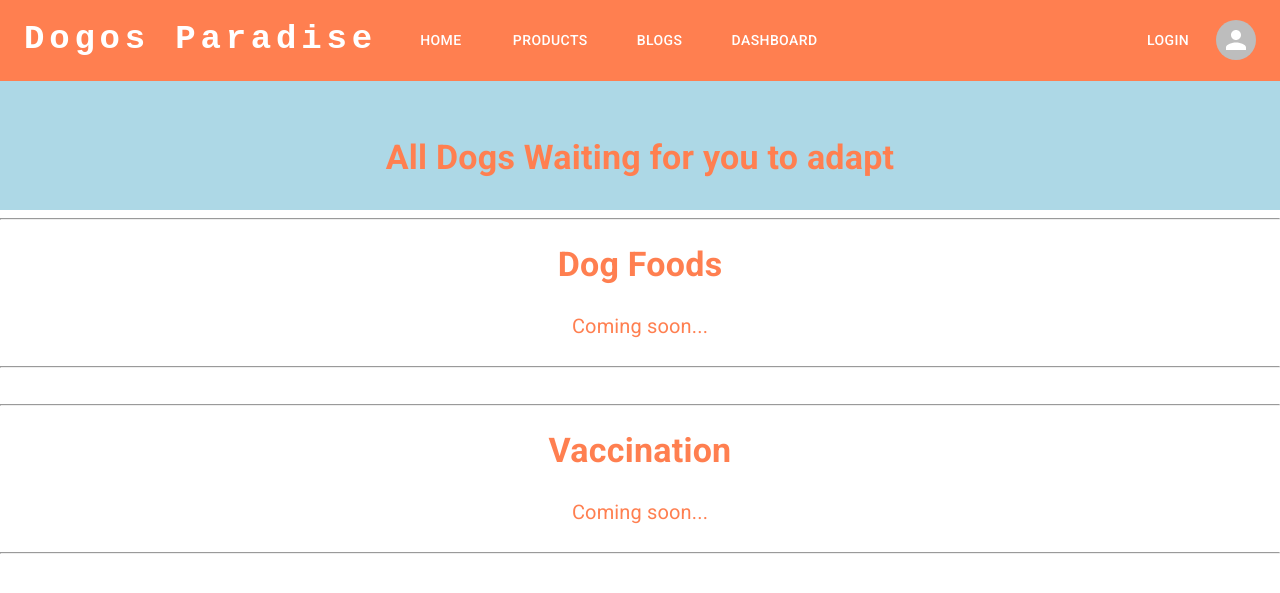
Repository: Sharif-00112/dogos-paradise-client
Page: /products
The author's editor kept a copy of each file at every save. The page is drawn from the files as they stood at one save, then again after the next save.
The browser window is 1280 px wide. The pictures show the whole page.
The page's requests for data from a server got no answer. The project was rebuilt for these pictures with package versions that can differ from the ones it lists, and the page was loaded fresh each time. Some packages were replaced by stand-ins written for this rebuild. No one was signed in, and anything a server would have sent is missing. Also part of the build but not shown: src/Pages/Shared/Footer/Footer.js, src/Pages/Home/About/About.js, src/Pages/Home/Banner/Banner.js, src/Pages/Home/Blogs/Blogs.js, src/Pages/Home/Contact/Contact.js, src/Pages/Home/CustomerReviews/CustomerReviews.js, src/Pages/Home/Dog/Dog.js, src/Pages/Home/Dogs/Dogs.js and 11 more. Imported but missing from the stored project, and not drawn on this page: src/Pages/Dashboard/DashboardHome/DashboardHome, src/hooks/useTitle.

Above is the page before, as saved 2022-12-10 17:05:47.

### public/index.html
<!DOCTYPE html>
<html lang="en">
  <head>
    <meta charset="utf-8" />
    <link rel="icon" href="%PUBLIC_URL%/favicon.ico" />
    <meta name="viewport" content="width=device-width, initial-scale=1" />
    <meta name="theme-color" content="#000000" />
    <meta
      name="description"
      content="Web site created using create-react-app"
    />
    <link
      rel="stylesheet" href="https://fonts.googleapis.com/css?family=Roboto:300,400,500,700&display=swap"
    />

    <link rel="apple-touch-icon" href="%PUBLIC_URL%/logo192.png" />
    <!--
      manifest.json provides metadata used when your web app is installed on a
      user's mobile device or desktop. See https://developers.google.com/web/fundamentals/web-app-manifest/
    -->
    <link rel="manifest" href="%PUBLIC_URL%/manifest.json" />
    <!--
      Notice the use of %PUBLIC_URL% in the tags above.
      It will be replaced with the URL of the `public` folder during the build.
      Only files inside the `public` folder can be referenced from the HTML.

      Unlike "/favicon.ico" or "favicon.ico", "%PUBLIC_URL%/favicon.ico" will
      work correctly both with client-side routing and a non-root public URL.
      Learn how to configure a non-root public URL by running `npm run build`.
    -->
    <title>React App</title>
  </head>
  <body>
    <noscript>You need to enable JavaScript to run this app.</noscript>
    <div id="root"></div>
    <!--
      This HTML file is a template.
      If you open it directly in the browser, you will see an empty page.

      You can add webfonts, meta tags, or analytics to this file.
      The build step will place the bundled scripts into the <body> tag.

      To begin the development, run `npm start` or `yarn start`.
      To create a production bundle, use `npm run build` or `yarn build`.
    -->
  </body>
</html>

### src/App.js
import React  from 'react';
import './App.css';
import { BrowserRouter as Router, Route, Routes} from 'react-router-dom';
import Home from './Pages/Home/Home/Home';
import Login from './Pages/Login/Login/Login';
import Register from './Pages/Login/Register/Register';
import AuthProvider from './contexts/AuthProvider/AuthProvider';
import PrivateRoute from './Pages/Login/PrivateRoute/PrivateRoute';
import NotFound from './Pages/NotFound/NotFound';
import Contact from './Pages/Home/Contact/Contact';
import Story from './Pages/Home/Story/Story';
import CustomerReviews from './Pages/Home/CustomerReviews/CustomerReviews';
import Blogs from './Pages/Home/Blogs/Blogs';
import About from './Pages/Home/About/About';
import Navigation from './Pages/Shared/Navigation/Navigation';
import Dashboard from './Pages/Dashboard/Dashboard/Dashboard';
import Products from './Pages/Home/Products/Products';
// import Footer from './Pages/Shared/Footer/Footer';
// import Dashboard from './Pages/Dashboard/Dashboard/Dashboard';

function App() {
  return (
    <div className="App">
      <AuthProvider>
        <Router>
          <Navigation></Navigation>
          <Routes>
            <Route exact path = '/' element={<Home/>}/>
            <Route exact path = '/home' element={<Home/>}/>
            <Route exact path = '/login' element={<Login/>}/>
            <Route exact path = '/register' element={<Register/>}/>
            <Route exact path = '/contact' element={<Contact/>}/>
            <Route exact path = '/products' element={<Products/>}/>
            <Route exact path = '/story' element={<Story/>}/>
            <Route exact path = '/reviews' element={<CustomerReviews/>}/>
            <Route exact path = '/blogs' element={<Blogs/>}/>
            <Route exact path = '/about' element={<About/>}/>
            {/* <Route exact path = '/appointment' element = {
              <PrivateRoute>
                <Appointment></Appointment>
              </PrivateRoute>
            }> </Route> */}
            <Route path = 'dashboard/*' element = {
              <PrivateRoute>
                <Dashboard></Dashboard>
              </PrivateRoute>
            }> </Route>
            <Route path = '*' element={<NotFound/>}/>
          </Routes>
          {/* <Footer></Footer> */}
        </Router>
      </AuthProvider>
    </div>
  );
}

export default App;

### src/contexts/AuthProvider/AuthProvider.js
import React from 'react';
import { createContext } from 'react';
import useFirebase from '../../hooks/useFirebase';

//step-1-context
export const AuthContext = createContext();

const AuthProvider = (props) => {
    //step-3-context
    const {children} = props;

    //step-5-context
    const allContexts = useFirebase();

    return (
        //step-2-context
        <AuthContext.Provider value={allContexts}>
            {children}
        </AuthContext.Provider>
    );
};

export default AuthProvider;

### src/Pages/Home/Products/Products.js
import React, { useEffect, useState } from 'react';
import Box from '@mui/material/Box';
import Grid from '@mui/material/Unstable_Grid2';
import Typography from '@mui/material/Typography';
import { Container } from '@mui/material';
import Dog from '../Dog/Dog';

const Products = () => {
    const [dogs, setDogs] = useState([]);

    useEffect(() => {
        fetch('http://localhost:3005/dogs')
        .then(res => res.json())
        .then(data => setDogs(data))
    }, []);

    return (
        <div>
            <Box sx={{ flexGrow: 1, backgroundColor:"lightblue", py:4 }}>
                <Container>
                    <Typography sx={{ p:3, color: 'coral', fontWeight: 600 }} variant="h4" component="div">
                        All Dogs Waiting for you to adapt
                    </Typography>

                    <Grid container spacing={{ xs: 2, md: 3 }} columns={{ xs: 4, sm: 8, md: 12 }}>
                        {
                            dogs.map(dog => (
                                <Grid xs={2} sm={4} md={4} key={dog._id}>
                                    <Dog
                                        key= {dog._id}
                                        dog = {dog}
                                    ></Dog>
                                </Grid>
                            ))
                        }
                    </Grid>
                </Container>
            </Box>

            <Box>
                <hr />
                <Typography sx={{ m: 3, color: 'coral', fontWeight: 600 }} variant="h4" component="div">
                    Dog Foods
                </Typography>
                <Typography sx={{ m: 3, color: 'coral', fontWeight: 400 }} variant="h6" component="div">
                    Coming soon...
                </Typography>
                <hr />
            </Box>
                <br />
            <Box>
                <hr />
                <Typography sx={{ m: 3, color: 'coral', fontWeight: 600 }} variant="h4" component="div">
                    Vaccination
                </Typography>
                <Typography sx={{ m: 3, color: 'coral', fontWeight: 400 }} variant="h6" component="div">
                    Coming soon...
                </Typography>
                <hr />
            </Box>


        </div>
    );
};

export default Products;

### src/hooks/useAuth.js
//step-6-context

import { useContext } from "react"
import { AuthContext } from "../../src/contexts/AuthProvider/AuthProvider"

const useAuth = () =>{
    return useContext(AuthContext);
}

export default useAuth;

### src/hooks/useFirebase.js
import { useState } from "react";
import initializeAuthentication from "../Pages/Login/Firebase/firebase.initialize";
import { getAuth, signInWithPopup, GoogleAuthProvider, onAuthStateChanged, signOut, FacebookAuthProvider, createUserWithEmailAndPassword, signInWithEmailAndPassword, sendPasswordResetEmail, updatePassword, sendEmailVerification, updateProfile, getIdToken } from "firebase/auth";
import { useEffect } from "react";

initializeAuthentication();

const useFirebase = () =>{
    const [user, setUser] = useState({});
    const [error, setError] = useState('');
    const [name, setName] = useState('');
    const [email, setEmail] = useState('');
    const [password, setPassword] = useState('');
    const [isLoading, setIsLoading] = useState(true);
    const [admin, setAdmin] = useState(false);
    const [token, setToken] = useState('');

    const googleProvider = new GoogleAuthProvider();
    const facebookProvider = new FacebookAuthProvider();
    const auth = getAuth();

    const signInUsingGoogle = () =>{
      setIsLoading(true);
      signInWithPopup(auth, googleProvider)
      .then((result) => {
          // This gives you a Google Access Token. You can use it to access the Google API.
          // const credential = GoogleAuthProvider.credentialFromResult(result);
          // const token = credential.accessToken;
          // The signed-in user info.
          setUser(result.user);
          // save user to the database
          saveUserToDB(result.user.email, result.user.displayName, 'PUT');
      }).catch((error) => {
          // Handle Errors here.
          setError(error.code);
          setError(error.message);
          // The email of the user's account used.
          setError(error.customData.email);
          // The AuthCredential type that was used.
          setError(GoogleAuthProvider.credentialFromError(error));
      }).finally(() =>{
        setIsLoading(false);
      });
    };

    const signInUsingFacebook = () =>{
      setIsLoading(true);
      signInWithPopup(auth, facebookProvider)
      .then((result) => {
        // The signed-in user info.
        setUser(result.user);
        // save user to the database
        saveUserToDB(result.user.email, result.user.displayName, 'PUT');

        // This gives you a Facebook Access Token. You can use it to access the Facebook API.
        // const credential = FacebookAuthProvider.credentialFromResult(result);
        // const accessToken = credential.accessToken;
      })
      .catch((error) => {
        // Handle Errors here.
        setError(error.code);
        setError(error.message);
        // The email of the user's account used.
        setError(error.customData.email);
        // The AuthCredential type that was used.
        setError(FacebookAuthProvider.credentialFromError(error));
      }).finally(() =>{
        setIsLoading(false);
      });
    };

    const customLogin = (email, password) =>{
      setIsLoading(true);
      signInWithEmailAndPassword(auth, email, password)
      .then((userCredential) => {
        // Signed in
        setUser(userCredential.user);
        setError('');
      })
      .catch((error) => {
        setError(error.code);
        setError(error.message);
      })
      .finally(() => setIsLoading(false));
    };

    const customRegister = (email, password) =>{
      setIsLoading(true);
      createUserWithEmailAndPassword(auth, email, password)
      .then((userCredential) => {
        // Signed in
        // const user = userCredential.user;
        // console.log(user);
        setUser(userCredential.user);
        // save user to the database
        saveUserToDB(userCredential.user.email, userCredential.user.displayName, 'POST')
        // clear error message
        setError('');
      })
      .catch((error) => {
        setError(error.code);
        setError(error.message);
      })
      .finally(() => setIsLoading(false));
    };

    const handleLoginSubmitBtn = e =>{
      e.preventDefault();
      // console.log(email, password);
      customLogin(email, password);
    }

    const handleRegisterSubmitBtn = e =>{
      e.preventDefault();
      // console.log(email, password);

      if(!/.{8,}/.test(password)){
        setError('Ensure password is of minimum length 8');
        return;
      }
      if(!/(?=.*[A-Z])/.test(password)){
        setError('Ensure password has minimum one uppercase letters');
        return;
      }
      if(!/(?=.*[!@#$%^&*()\-__+.])/.test(password)){
        setError('Ensure password has minimum one special case letter');
        return;
      }
      if(!/(?=.*[0-9])/.test(password)){
        setError('Ensure password has minimum one digits');
        return;
      }
      if(!/(?=.*[a-z])/.test(password)){
        setError('Ensure password has minimum one lowercase letters');
        return;
      }
      customRegister(email, password);
    }

    const handleNameChange = e =>{
      setName(e.target.value);
    }

    const handleEmailChange = e =>{
      setEmail(e.target.value);
    }

    const handlePasswordChange = e =>{
      setPassword(e.target.value);
    }

    const handleForgotPassword = () =>{
      sendPasswordResetEmail(auth, email)
      .then(() => {
        // Password reset email sent!
      })
      .catch((error) => {
        setError(error.code);
        setError(error.message);
      });
    }

    const handleChangePassword = () =>{
      const user = auth.currentUser;
      const newPassword = password;
      updatePassword(user, newPassword).then(() => {
        // Update successful.
      }).catch((error) => {
        setError(error.code);
        setError(error.message);
      });
    }

    const setUserName = () =>{
      updateProfile(auth.currentUser, {
        displayName: name
      }).then(() => {
        // Profile updated!
      }).catch((error) => {
        setError(error.code);
        setError(error.message);
      });
    }

    const verifyEmail = () =>{
      sendEmailVerification(auth.currentUser)
      .then(() => {
        // Email verification sent!
      }).catch((error) => {
        setError(error.code);
        setError(error.message);
      });
    }

    //observe user login change
    useEffect(()=>{
        const unsubscribe = onAuthStateChanged(auth, (user) => {
            if (user) {
              // User is signed in
              setUser(user);

              //JWT
              getIdToken(user)
              // .then(idToken => console.log(idToken))
              // .then(idToken => localStorage.setItem('idToken', idToken))
              .then(idToken => setToken(idToken))

            } else {
              // User is signed out
              setUser({});
            }
            setIsLoading(false);
          });
          return () => unsubscribe;
    },[auth]);

    // check Admin
    useEffect( () =>{
      fetch(`http://localhost:3005/users/${user.email}`)
      .then(res => res.json())
      .then(data => setAdmin(data.admin))
    } ,[user.email])

    const logout = () =>{
      setIsLoading(true);
      signOut(auth)
      .then(() => {
          // Sign-out successful.
          setUser({});
        }).catch((error) => {
          setError(error);
        }).finally(()=>{
          setIsLoading(false);
        });
    }

    const saveUserToDB = (email, displayName, method) =>{
      const user = {email, displayName};
      fetch('http://localhost:3005/users', {
          method: method,
          headers: {
              'content-type' : 'application/json'
          },
          body: JSON.stringify(user)
      })
      .then()
    }

    return {
      signInUsingGoogle,
      signInUsingFacebook,
      customLogin,
      customRegister,
      handleLoginSubmitBtn,
      handleRegisterSubmitBtn,
      handleNameChange,
      handleEmailChange,
      handlePasswordChange,
      handleForgotPassword,
      handleChangePassword,
      verifyEmail,
      setUserName,
      logout,
      user,
      admin,
      error,
      isLoading,
      token
    };
}

export default useFirebase;

### src/Pages/Login/Firebase/firebase.initialize.js
import { initializeApp } from "firebase/app";
import firebaseConfig from "./firebase.config";

const initializeAuthentication = () =>{
    initializeApp(firebaseConfig);
}

export default initializeAuthentication;

### src/Pages/Login/Firebase/firebase.config.js
// console.log(process.env);

const firebaseConfig = {
  apiKey: process.env.REACT_APP_FIREBASE_API_KEY,
  authDomain: process.env.REACT_APP_FIREBASE_AUTH_DOMAIN,
  projectId: process.env.REACT_APP_FIREBASE_PROJECT_ID,
  storageBucket: process.env.REACT_APP_FIREBASE_STORAGE_BUCKET,
  messagingSenderId: process.env.REACT_APP_FIREBASE_MESSAGING_SENDER_ID,
  appId: process.env.REACT_APP_FIREBASE_APP_ID,
  measurementId: process.env.REACT_APP_FIREBASE_MEASUREMENT_ID
};

export default firebaseConfig;

// .env.local
// REACT_APP_FIREBASE_API_KEY=AIzaSyCGaQ8G2l5KeOKX4bAJ7MC19oWW_2vnTNQ
// REACT_APP_FIREBASE_AUTH_DOMAIN=dogos-paradise.firebaseapp.com
// REACT_APP_FIREBASE_PROJECT_ID=dogos-paradise
// REACT_APP_FIREBASE_STORAGE_BUCKET=dogos-paradise.appspot.com
// REACT_APP_FIREBASE_MESSAGING_SENDER_ID=824394057307
// REACT_APP_FIREBASE_APP_ID=1:824394057307:web:727ac0c86627b9544a617e
// REACT_APP_FIREBASE_MEASUREMENT_ID=G-DL8JJ6MYSD

// const firebaseConfig = {
  // apiKey: "AIzaSyCGaQ8G2l5KeOKX4bAJ7MC19oWW_2vnTNQ",
  // authDomain: "dogos-paradise.firebaseapp.com",
  // projectId: "dogos-paradise",
  // storageBucket: "dogos-paradise.appspot.com",
  // messagingSenderId: "824394057307",
  // appId: "1:824394057307:web:727ac0c86627b9544a617e",
  // measurementId: "G-DL8JJ6MYSD"
// };

Loaded but not shown: src/index.js (common file); src/index.css (common file); src/reportWebVitals.js (common file); src/App.css (common file); src/Pages/Shared/Navigation/Navigation.js (229 lines, source omitted)

After the next save:
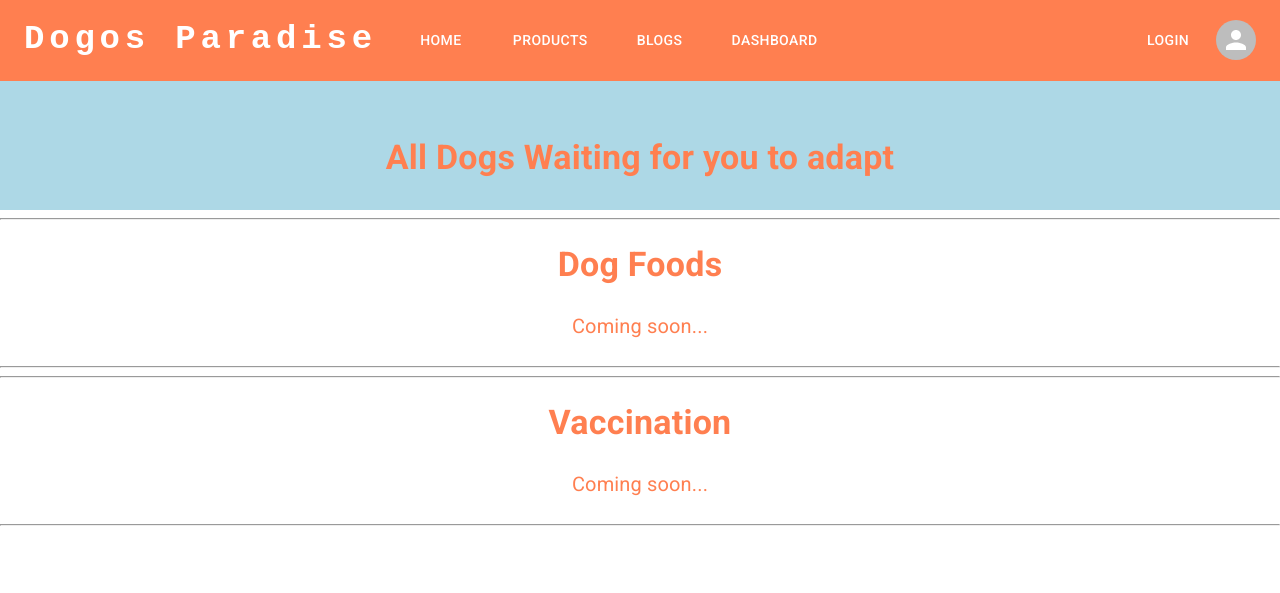
Saved 24 s later.
--- a/src/Pages/Home/Products/Products.js
+++ b/src/Pages/Home/Products/Products.js
@@ -47,7 +47,7 @@ const Products = () => {
                 </Typography>
                 <hr />
             </Box>
-                <br />
+                {/* <br /> */}
             <Box>
                 <hr />
                 <Typography sx={{ m: 3, color: 'coral', fontWeight: 600 }} variant="h4" component="div">
